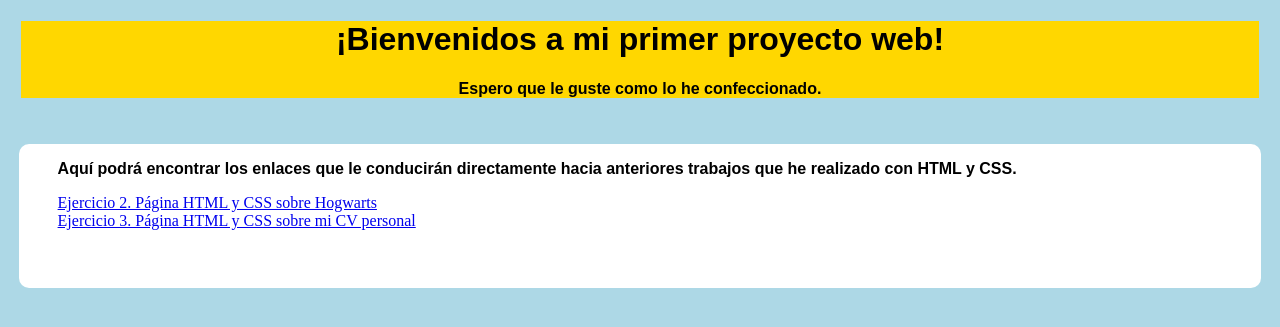
Repository: Pablosky971/Ejercicio-4.-Proyecto-Web
Page: Ejercicio4/src/main/webapp/index.html
An editor plug-in stored every save of this project. The page is shown before and after the next save, followed by the edit.
The browser window is 1280 px wide. The pictures show the whole page.

Above is the page before, as saved 2022-03-09 12:50:46.

After the next save:
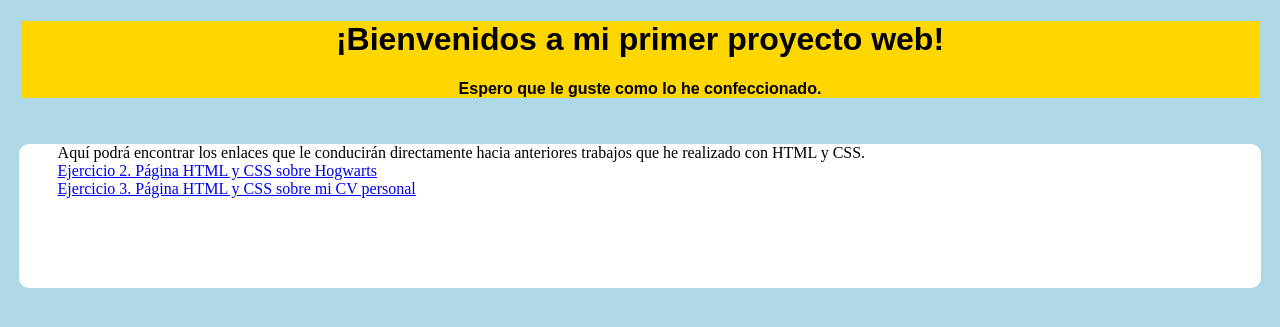
Saved 7 s later.
--- a/Ejercicio4/src/main/webapp/index.html
+++ b/Ejercicio4/src/main/webapp/index.html
@@ -15,7 +15,7 @@
 	<main>
 
 
-	<nav style="border=">
+	<nav style="border: 2px>
 		<h3 class="navegacion"> Aquí podrá encontrar los enlaces que le conducirán directamente hacia anteriores trabajos que he realizado con HTML y CSS.</h3>
 		<a href="ejercicio2"> Ejercicio 2. Página HTML y CSS sobre Hogwarts</a>
 		<a href="ejercicio3"> Ejercicio 3. Página HTML y CSS sobre mi CV personal</a>

After the 4 saves that followed:
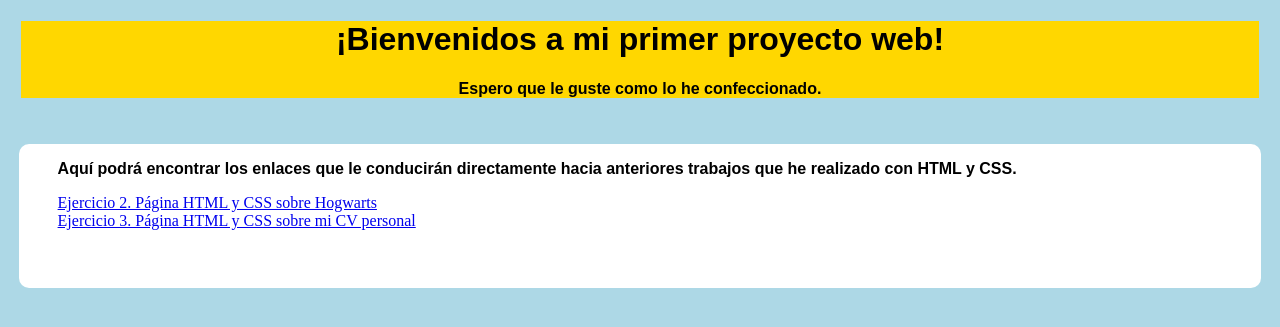
The 4 saves are shown as one change because they came seconds apart.
The last was saved 14 s later.
--- a/Ejercicio4/src/main/webapp/index.html
+++ b/Ejercicio4/src/main/webapp/index.html
@@ -15,7 +15,7 @@
 	<main>
 
 
-	<nav style="border: 2px>
+	<nav style="border: 2px;"">
 		<h3 class="navegacion"> Aquí podrá encontrar los enlaces que le conducirán directamente hacia anteriores trabajos que he realizado con HTML y CSS.</h3>
 		<a href="ejercicio2"> Ejercicio 2. Página HTML y CSS sobre Hogwarts</a>
 		<a href="ejercicio3"> Ejercicio 3. Página HTML y CSS sobre mi CV personal</a>
